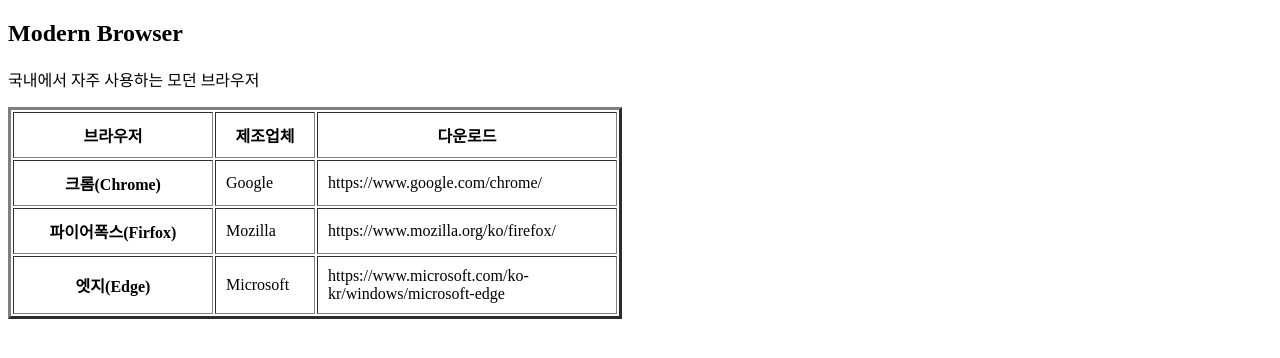
Repository: seulhwangbo/SeulJSP
Page: jspSrc17/webStandard01/src/main/webapp/02/table03.html
An editor plug-in stored every save of this project. The page is shown before and after the next save, followed by the edit.
The browser window is 1280 px wide. The pictures show the whole page.

Above is the page before, as saved 2024-06-13 06:23:44.

### jspSrc17/webStandard01/src/main/webapp/02/table03.html
<!DOCTYPE html>
<html>
<head>
<meta charset="UTF-8">
<style type="text/css">
td, th {
	padding: 10px;
}
</style>
<title>Insert title here</title>
</head>
<body>
	<h2>Modern Browser</h2>
	<p>국내에서 자주 사용하는 모던 브라우저</p>
	<table border = "3">
		<colgroup>
			<col style="width: 200px;">
			<col style="width: 100px;">
			<col style="width: 300px;">
		</colgroup>
		<tr>
			<th>브라우저</th>
			<th>제조업체</th>
			<th>다운로드</th>
		</tr>
		<tr>
			<th>크롬(Chrome)</th>
			<td>Google</td>
			<td>https://www.google.com/chrome/</td>
		</tr>
		<tr>
			<th>파이어폭스(Firfox)</th>
			<td>Mozilla</td>
			<td>https://www.mozilla.org/ko/firefox/</td>
		</tr>
		<tr>
			<th>엣지(Edge)</th>
			<td>Microsoft</td>
			<td>https://www.microsoft.com/ko-kr/windows/microsoft-edge</td>
		</tr>
	</table>
</body>
</html>

After the next save:
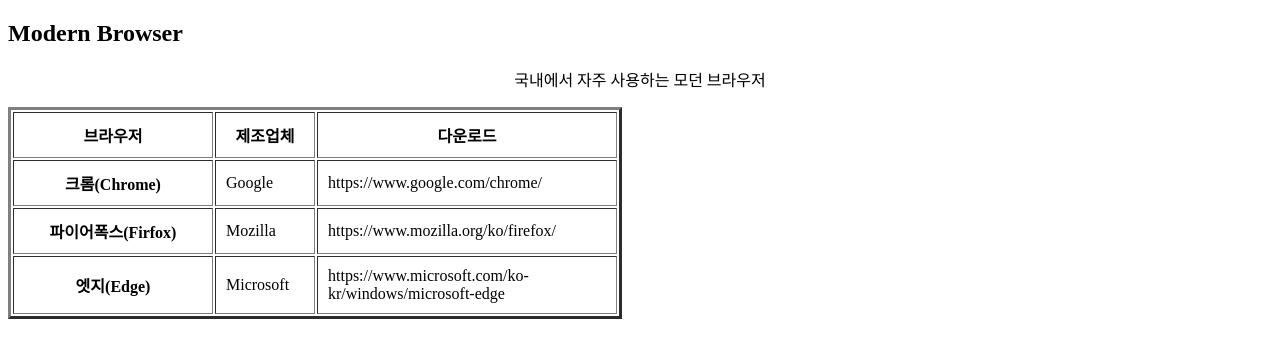
Saved 54 s later.
--- a/jspSrc17/webStandard01/src/main/webapp/02/table03.html
+++ b/jspSrc17/webStandard01/src/main/webapp/02/table03.html
@@ -5,6 +5,9 @@
 <style type="text/css">
 td, th {
 	padding: 10px;
+}
+h1, p {
+	text-align: center;
 }
 </style>
 <title>Insert title here</title>
